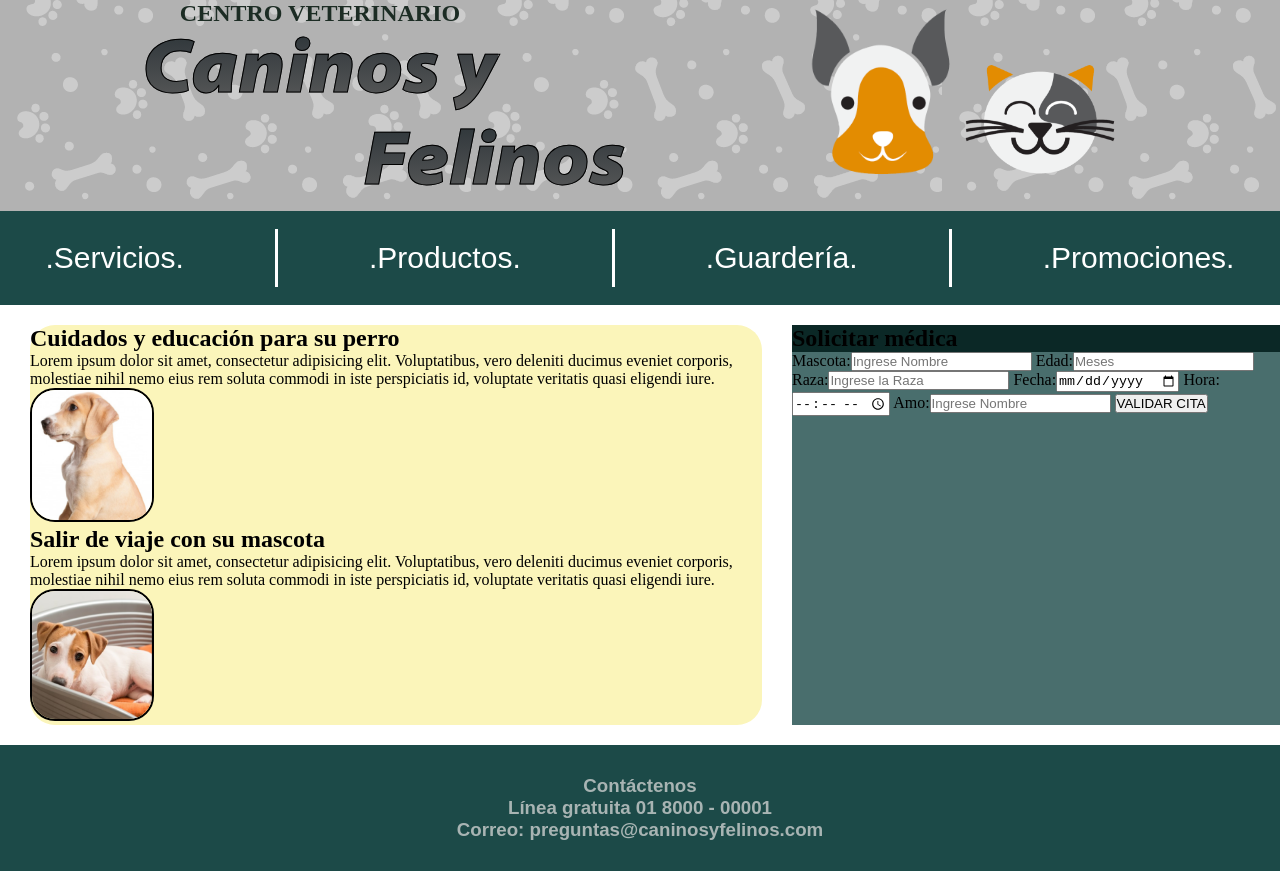
Repository: mariomr87/senaweb01
Page: principal.html
The author's editor kept a copy of each file at every save. The page is drawn from the files as they stood at one save, then again after the next save.
The browser window is 1280 px wide. The pictures show the whole page.

Above is the page before, as saved 2021-10-23 10:12:05.

After the next save:
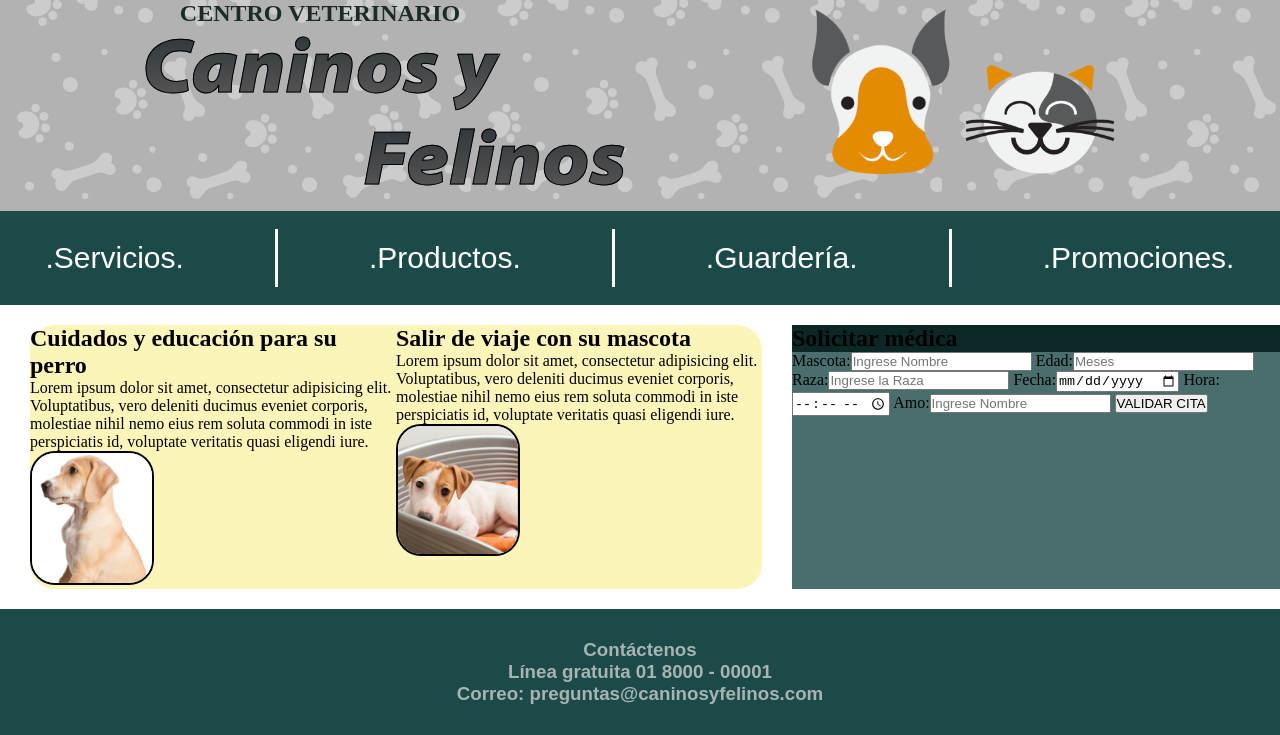
Saved 24 s later.
--- a/estilos.css
+++ b/estilos.css
@@ -77,16 +77,13 @@ nav a{
 
 .centro-pag section{
     border-radius: 25px;
+    display: flex;
 }
 
 section{
     background: #fbf5ba;
     width: 60%;
     margin: 0 30px;
-}
-article{
-    display: flex;
-    flex-direction: column;
 }
 
 article div img {
